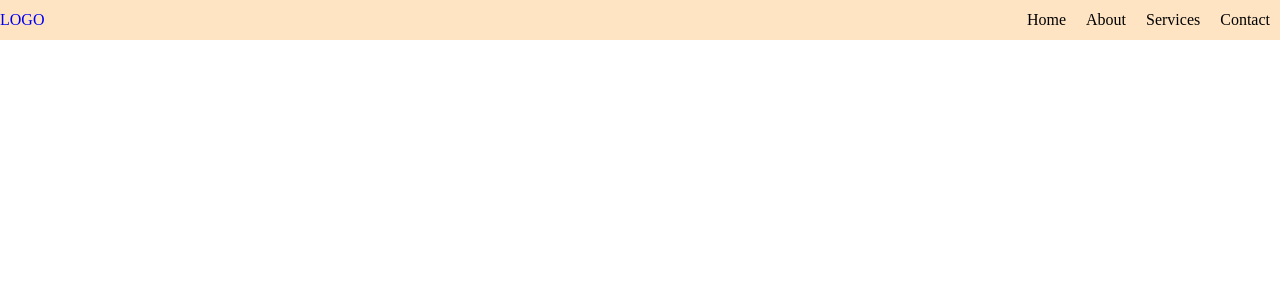
Repository: chanchalsaini/React-WUI
Page: /
The author's editor kept a copy of each file at every save. The page is drawn from the files as they stood at one save, then again after a run of saves.
The browser window is 1280 px wide. The pictures show the whole page.
The project was rebuilt for these pictures with package versions that can differ from the ones it lists, and the page was loaded fresh each time.

Above is the page before, as saved 2020-09-21 21:55:02.

After the next 2 saves:
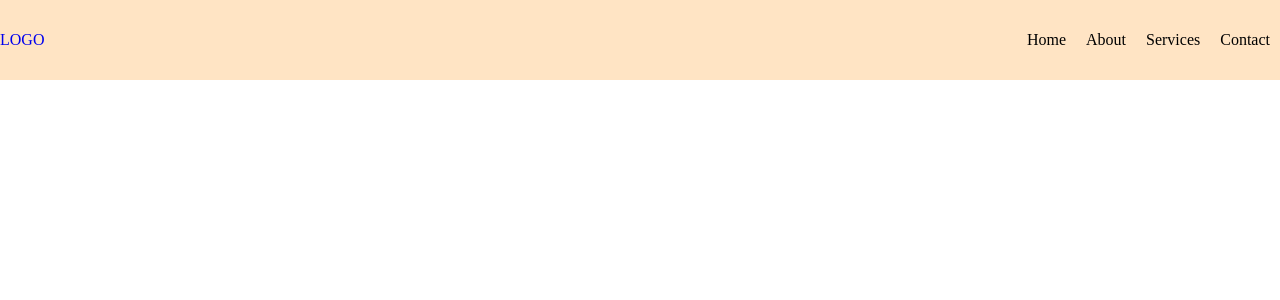
The 2 saves are shown as one change because they came seconds apart.
The last was saved 6 s later.
--- a/src/App.css
+++ b/src/App.css
@@ -8,7 +8,7 @@ header {
   align-items: center;
   position: fixed;
   width: 100%;
-  height: 40px;
+  height: 80px;
 }
 .logo {
   text-decoration: none;
